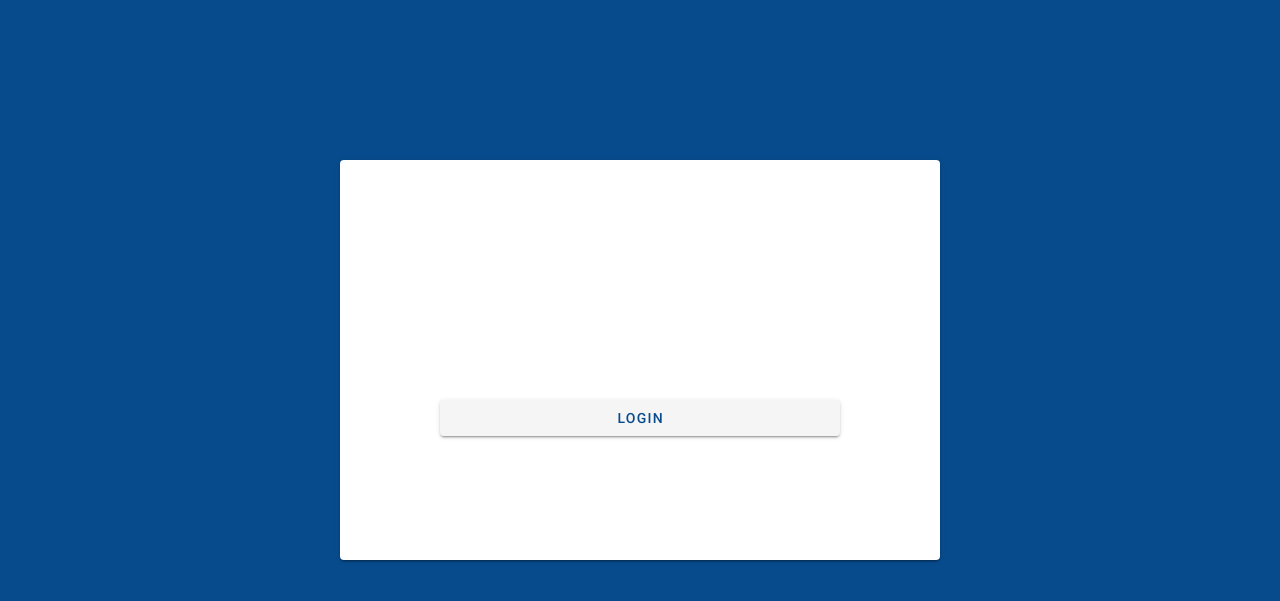
Repository: Grace229/Login
Page: /
The author's editor kept a copy of each file at every save. The page is drawn from the files as they stood at one save, then again after the next save.
The browser window is 1280 px wide. The pictures show the whole page.
The project was rebuilt for these pictures with package versions that can differ from the ones it lists, and the page was loaded fresh each time. Also part of the build but not shown: vue.config.js, src/views/Profile.vue.

Above is the page before, as saved 2021-02-15 18:20:14.

### src/App.vue
<template>
  <v-app>
    <v-main><router-view></router-view> </v-main>
  </v-app>
</template>

<script>
export default {
  name: "App",

  components: {},

  data: () => ({
    //
  }),
};
</script>

### src/router/index.js
import Vue from "vue";
import VueRouter from "vue-router";
import Home from "../views/Home.vue";
import Profile from "../views/Profile.vue";

Vue.use(VueRouter);

const routes = [
  {
    path: "/",
    name: "Home",
    component: Home
  },
  {
    path: "/profile",
    name: "Profile",
    component: Profile
  }
];

const router = new VueRouter({
  mode: "history",
  base: process.env.BASE_URL,
  routes
});

export default router;

### src/plugins/vuetify.js
import Vue from "vue";
import Vuetify from "vuetify/lib/framework";

Vue.use(Vuetify);

export default new Vuetify({
  theme: {
    options: {
      customProperties: true,
    },
    themes: {
      light: {
        primary: "#084b8c",
        secondary: "#424242",
        accent: "#82B1FF",
        error: "#FF5252",
        info: "#2196F3",
        success: "#4CAF50",
        warning: "#FFC107",
      },
    },
  },
});

### src/views/Home.vue
<template>
  <main
    style="min-height:100vh"
    class="fill-height primary white--text d-flex flex-column justify-center pa-4"
  >
    <v-container>
      <v-card class="mx-auto" max-width="600" height="400">
        <header>
          <div class="headline text-center pt-6 white--text">
            Login
          </div>
        </header>
        <div class="pt-5 mx-auto" style="max-width: 400px;">
          <form v-on:submit.prevent="login()">
            <div>
              <v-text-field
                dark
                label="E-mail Address"
                v-model="email"
                :rules="[rules.required, rules.email]"
              />
            </div>
            <div>
              <v-text-field
                dark
                v-model="password"
                :rules="[rules.required]"
                label="Password"
                :type="showPassword ? 'text' : 'password'"
                text
                small
                @click:append="showPassword = !showPassword"
                class="transparent text-capitalize"
                :append-icon="showPassword ? 'mdi-eye-off' : 'mdi-eye'"
              >
              </v-text-field>
              <div class="pt-6">
                <v-btn block class="primary--text" type="submit">Login</v-btn>
              </div>
            </div>
          </form>
        </div>
      </v-card>
    </v-container>
  </main>
</template>

<script>
import axios from "axios";
import router from "../router";
export default {
  data() {
    return {
      email: "",
      password: "",
      FORM: {},
      showPassword: false,
      rules: {
        required: (value) => !!value || "Required.",
        counter: (value) => value.length <= 20 || "Max 20 characters",
        email: (value) => {
          const pattern = /^(([^<>()[\]\\.,;:\s@"]+(\.[^<>()[\]\\.,;:\s@"]+)*)|(".+"))@((\[[0-9]{1,3}\.[0-9]{1,3}\.[0-9]{1,3}\.[0-9]{1,3}])|(([a-zA-Z\-0-9]+\.)+[a-zA-Z]{2,}))$/;
          return pattern.test(value) || "Invalid e-mail.";
        },
      },
    };
  },
  methods: {
    login() {
      axios
        .post("https://login-api-grace.herokuapp.com/api/v1/auth/login", {
          email: this.email,
          password: this.password,
        })
        .then(() => {
          router.push({ name: "Profile" });
        })
        .catch((err) => {
          console.log(err);
        });
    },
  },
};
</script>

Loaded but not shown: public/index.html (common file); src/main.js (common file); src/store/index.js (common file)

After the next save:
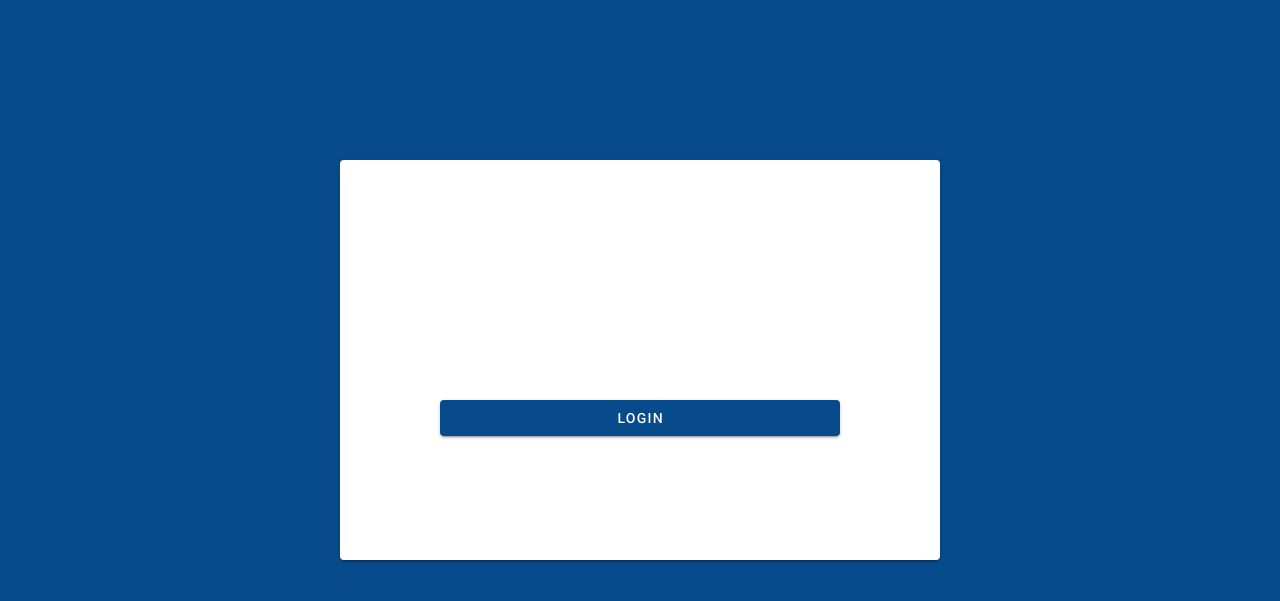
Saved 2 min 18 s later.
--- a/src/views/Home.vue
+++ b/src/views/Home.vue
@@ -35,7 +35,9 @@
               >
               </v-text-field>
               <div class="pt-6">
-                <v-btn block class="primary--text" type="submit">Login</v-btn>
+                <v-btn block class="primary white--text" type="submit"
+                  >Login</v-btn
+                >
               </div>
             </div>
           </form>
